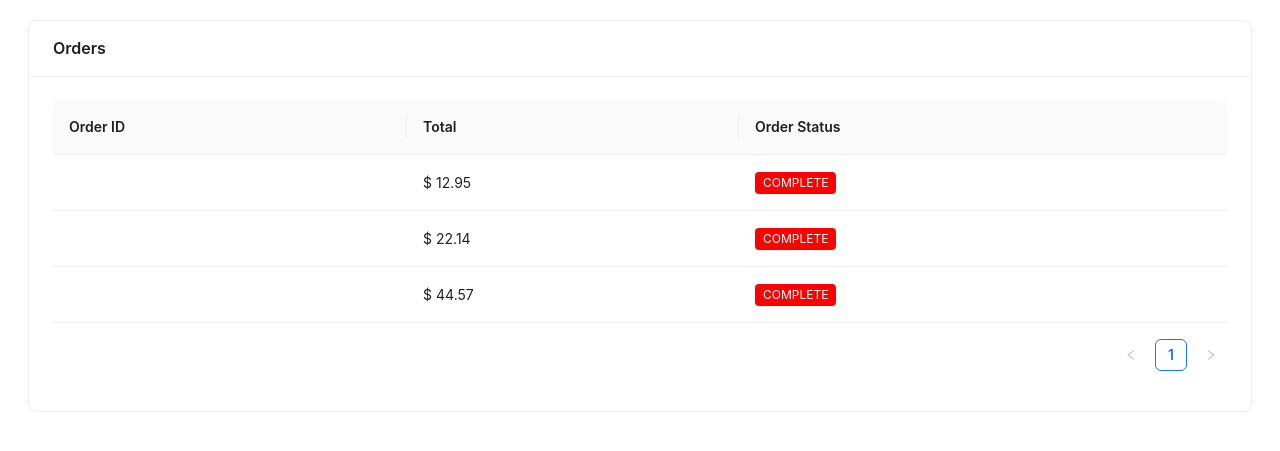
Repository: JamesPesenti/DonutShopDashboard
Page: /
These files come from the project's save history. The page is drawn as it stood at one moment and after the next save; the edit follows.
The browser window is 1280 px wide. The pictures show the whole page.
The project was rebuilt for these pictures with package versions that can differ from the ones it lists, and the page was loaded fresh each time. Also part of the build but not shown: src/index.css, src/data/donuts.js, src/screens/DetailedOrder.jsx.

Above is the page before, as saved 2023-03-22 16:19:34.

After the next save:
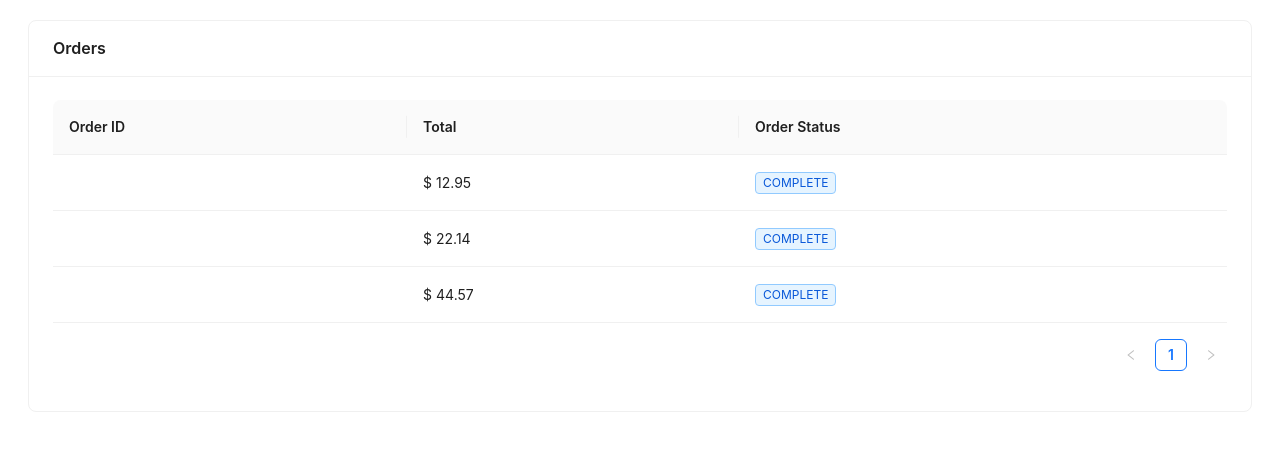
Saved 8 s later.
--- a/src/screens/Orders.jsx
+++ b/src/screens/Orders.jsx
@@ -11,7 +11,7 @@ const Orders = () => {
             return <Tag color={"red"}>{orderStatus}</Tag>
         }
         if (orderStatus === "COMPLETE") {
-            return <Tag color={"Red"}>{orderStatus}</Tag>
+            return <Tag color={"blue"}>{orderStatus}</Tag>
         }
     }
 
